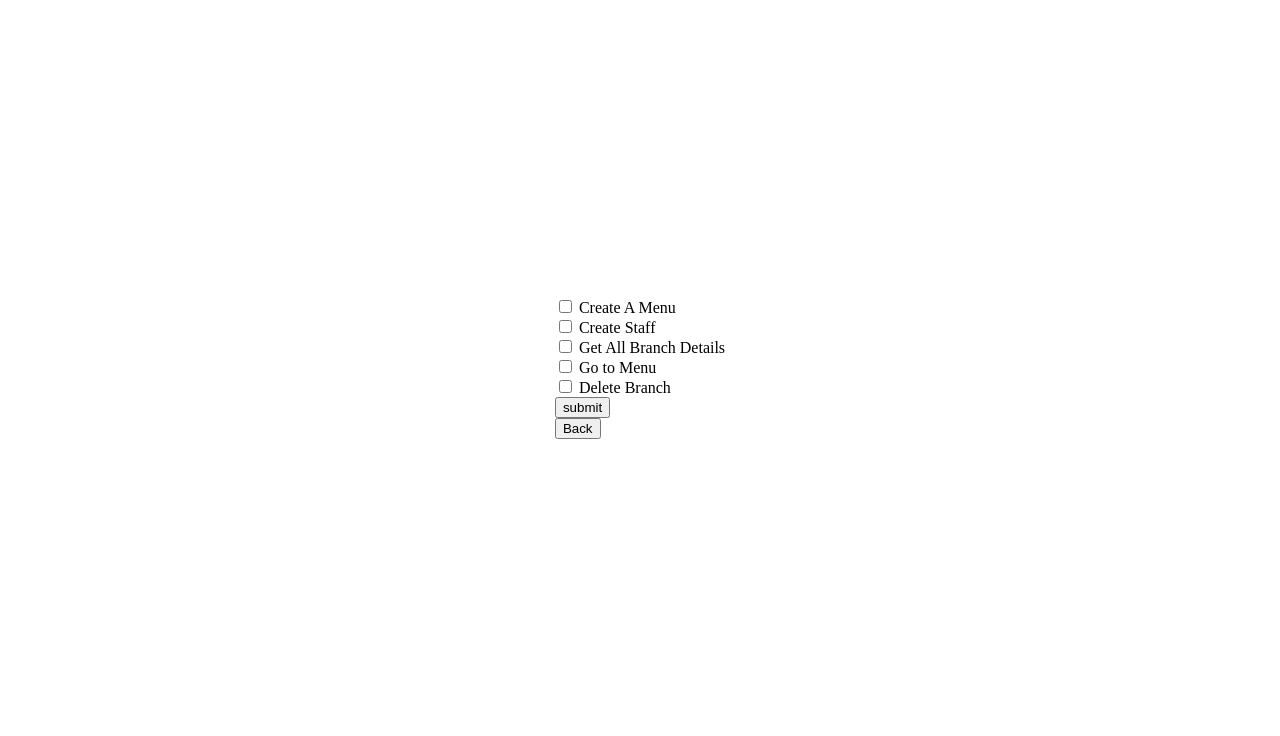
Repository: Jeevith-U/Advance-Java
Page: http://localhost/Food_App/manager.jsp
These files come from the project's save history. The page is drawn as it stood at one moment and after the next save; the edit follows.
The browser window is 1280 px wide. The pictures show the whole page.
The page is served by Tomcat 9. Other server files are loaded and not shown.

Above is the page before, as saved 2023-08-25 08:31:54.

### Projects/Food_App/src/main/webapp/manager.jsp
<%@ page language="java" contentType="text/html; charset=ISO-8859-1"
	pageEncoding="ISO-8859-1"%>
<!DOCTYPE html>
<head>
<meta charset="UTF-8">
<meta name="viewport" content="width=device-width, initial-scale=1.0">
<title>Manager Operation</title>

<style>
div {
	display: flex;
	justify-content: center;
	align-items: center;
	height: 100vh
}
</style>
</head>
<body>

	<div>
		<form action="manager" method="post">

			<label> <input type="checkbox" name="option" value="create">
				Create A Menu
			</label><br> <label> <input type="checkbox" name="option"
				value="staff"> Create Staff

		    </label><br> <label> <input type="checkbox" name="option"
				value="details"> Get All Branch Details
		    </label><br> <label> <input type="checkbox" name="option"
				value="menu"> Go to Menu
			</label><br> <label> <input type="checkbox" name="option"
				value="delete"> Delete Branch
			</label><br> <td colspan="2px" align="center"> <input type="submit" value = "submit"><!-- </td> -->
               <br><!-- tdcolspan="2px" align="center"> --><a href="manager.jsp" colspan="2px" align="center"><button>Back</button></a></td>


		</form>
	</div>
</body>
</html>

After the next save:
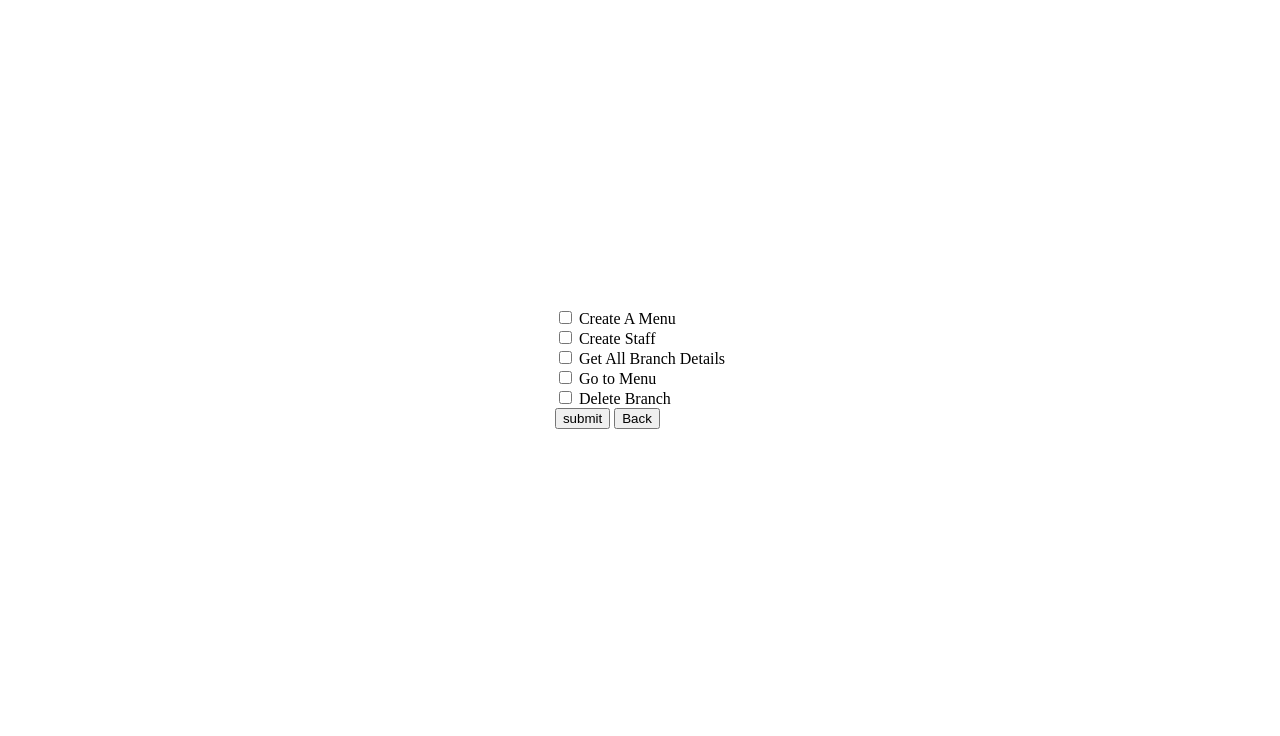
Saved 9 s later.
--- a/Projects/Food_App/src/main/webapp/manager.jsp
+++ b/Projects/Food_App/src/main/webapp/manager.jsp
@@ -32,7 +32,7 @@ div {
 			</label><br> <label> <input type="checkbox" name="option"
 				value="delete"> Delete Branch
 			</label><br> <td colspan="2px" align="center"> <input type="submit" value = "submit"><!-- </td> -->
-               <br><!-- tdcolspan="2px" align="center"> --><a href="manager.jsp" colspan="2px" align="center"><button>Back</button></a></td>
+               <!-- tdcolspan="2px" align="center"> --><a href="manager.jsp" colspan="2px" align="center"><button>Back</button></a></td>
 
 
 		</form>
